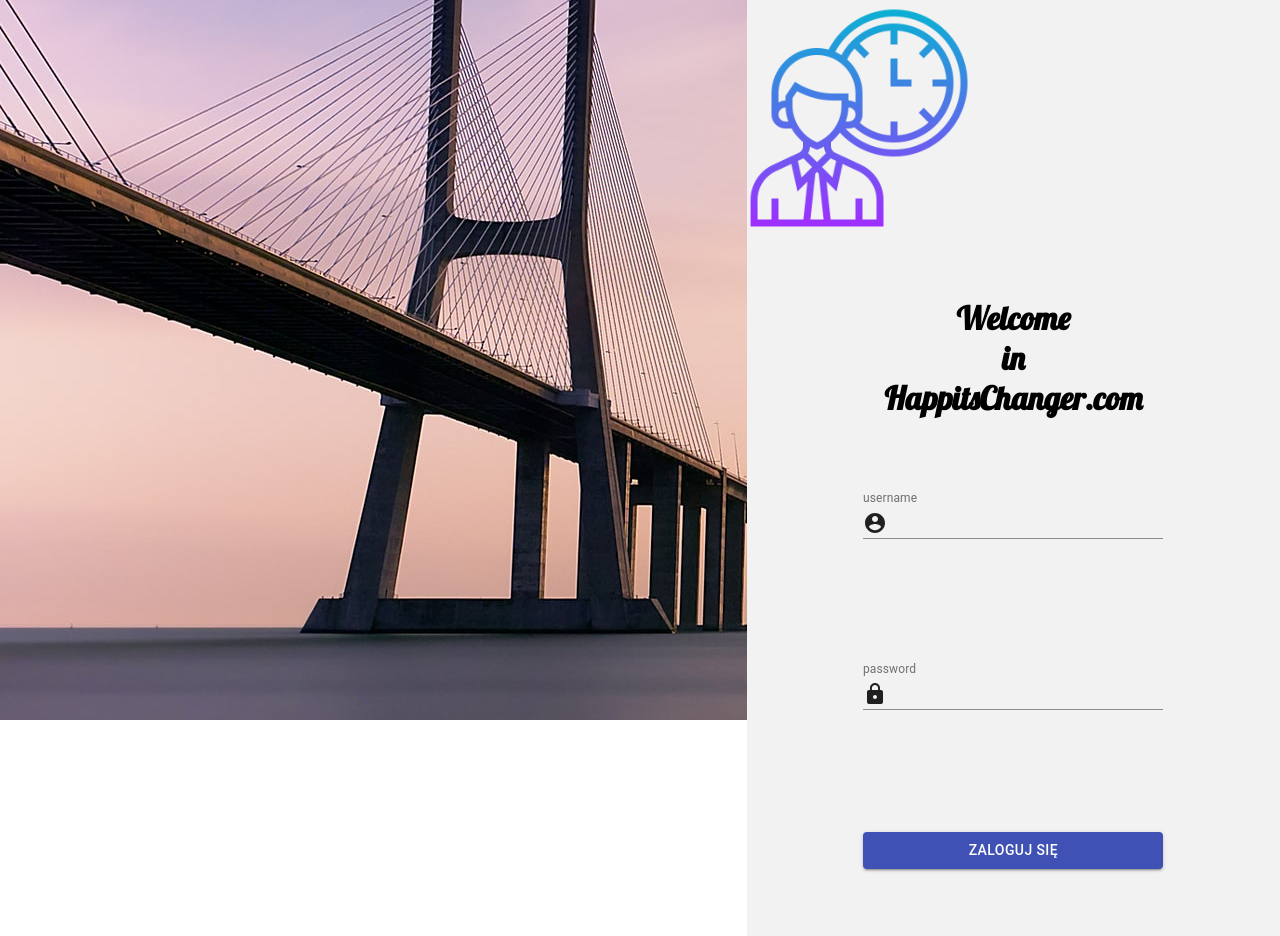
Repository: pgruca96/HappitsChanger
Page: /
These files come from the project's save history. The page is drawn as it stood at one moment and after the next save; the edit follows.
The browser window is 1280 px wide. The pictures show the whole page.
The project was rebuilt for these pictures with package versions that can differ from the ones it lists, and the page was loaded fresh each time. Also part of the build but not shown: src/containers/mainPage/index.js.

Above is the page before, as saved 2020-11-01 21:29:21.

### public/index.html
<!DOCTYPE html>
<html lang="en">

<head>
  <meta charset="utf-8" />
  <link rel="icon" href="%PUBLIC_URL%/favicon.ico" />
  <meta name="viewport" content="width=device-width, initial-scale=1" />
  <meta name="theme-color" content="#000000" />
  <meta name="description" content="Web site created using create-react-app" />
  <link href="https://fonts.googleapis.com/css?family=Lobster" rel="stylesheet" type="text/css">
  <link rel="apple-touch-icon" href="%PUBLIC_URL%/logo192.png" />
  <!--
      manifest.json provides metadata used when your web app is installed on a
      user's mobile device or desktop. See https://developers.google.com/web/fundamentals/web-app-manifest/
    -->
  <link rel="manifest" href="%PUBLIC_URL%/manifest.json" />
  <!--
      Notice the use of %PUBLIC_URL% in the tags above.
      It will be replaced with the URL of the `public` folder during the build.
      Only files inside the `public` folder can be referenced from the HTML.

      Unlike "/favicon.ico" or "favicon.ico", "%PUBLIC_URL%/favicon.ico" will
      work correctly both with client-side routing and a non-root public URL.
      Learn how to configure a non-root public URL by running `npm run build`.
    -->
  <title>React App</title>
</head>

<body>
  <noscript>You need to enable JavaScript to run this app.</noscript>
  <div id="root"></div>
  <!--
      This HTML file is a template.
      If you open it directly in the browser, you will see an empty page.

      You can add webfonts, meta tags, or analytics to this file.
      The build step will place the bundled scripts into the <body> tag.

      To begin the development, run `npm start` or `yarn start`.
      To create a production bundle, use `npm run build` or `yarn build`.
    -->
</body>

</html>

### src/App.js
import "./App.css";
import { BrowserRouter as Router, Route } from "react-router-dom";
import LoginPage from "./containers/loginPage";
import MainPage from "./containers/mainPage";

const App = () => {
  return (
    <div className="app">
      <Router>
        <Route path="/" exact component={LoginPage} />
        <Route path="/main" exact component={MainPage} />
      </Router>
    </div>
  );
};

export default App;

### src/App.css
*,
*::before,
*::after {
  margin: 0;
  padding: 0;
  box-sizing: border-box;
}

.app {
  min-width: 100vw;
  min-height: 100vh;
}

### src/containers/loginPage/index.js
import React from "react";
import { LoginPageContainer } from "../../styles/LoginPage";
import LoginForm from "../../components/form/index";
import { loginTheme } from "../../styles/colors";
import { Grid, Box } from "@material-ui/core";
import { Header } from "../../styles/h2";
import Logo from "../../components/logo";
import srcLogo from "../../assets/punctuality2.png";

const LoginPage = () => {
  return (
    <LoginPageContainer>
      <Grid container justify="flex-end">
        <Grid container item md={5}>
          <Grid item xs={12}>
            <Box
              bgcolor={loginTheme}
              height={1}
              display="flex"
              flexDirection="column"
              justifyContent="space-around"
              // alignItems="space-around"
            >
              <Box height={0.3}>
                <Logo src={srcLogo} />
              </Box>
              <Header>
                Welcome
                <br /> in <br />
                HappitsChanger.com
              </Header>
              <LoginForm />
            </Box>
          </Grid>
        </Grid>
      </Grid>
    </LoginPageContainer>
  );
};

export default LoginPage;

### src/styles/LoginPage.js
import styled from "styled-components";
import background from "../assets/login-background.jpg";

export const LoginPageContainer = styled.div`
  display: flex;
  justify-content: flex-end;
  background: url(${background}) left;
  width: 100vw;
  height: 100vh;
`;

### src/components/form/index.js
import React from "react";
import TextField from "@material-ui/core/TextField";
import InputAdornment from "@material-ui/core/InputAdornment";
import AccountCircle from "@material-ui/icons/AccountCircle";
import LockIcon from "@material-ui/icons/Lock";
import Button from "@material-ui/core/Button";
import { useStyles } from "../../styles/Form";

const LoginForm = () => {
  const { form } = useStyles();
  return (
    <form className={form}>
      <TextField
        id="username"
        label="username"
        placement="top"
        InputProps={{
          startAdornment: (
            <InputAdornment position="start">
              <AccountCircle />
            </InputAdornment>
          ),
        }}
      />
      <TextField
        id="password"
        label="password"
        InputProps={{
          startAdornment: (
            <InputAdornment position="start">
              <LockIcon />
            </InputAdornment>
          ),
        }}
      />
      <Button variant="contained" color="primary">
        Zaloguj się
      </Button>
    </form>
  );
};

export default LoginForm;

### src/styles/colors.js
export const loginTheme = "#f2f2f2";
export const primaryTheme = "##1a1a1a";
export const secondaryTheme = "";

### src/styles/h2.js
import styled from "styled-components";

export const Header = styled.h2`
  font-family: Lobster, open-sans;
  font-size: 2rem;
  text-align: center;
`;

### src/components/logo.js
import React from "react";

import styled from "styled-components";

const Logo = ({ src }) => {
  const Img = styled.img`
    height: 80%;
    color: white;
  `;
  return <Img src={src} alt="logo" />;
};

export default Logo;

### src/styles/Form.js
import { makeStyles } from "@material-ui/core/styles";

export const ColumnCenter = {
  display: "flex",
  flexDirection: "column",
  justifyContent: "center",
  alignItems: "center",
};

export const useStyles = makeStyles(() => ({
  form: {
    width: "40%",
    minWidth: "300px",
    height: "60%",
    minHeight: "300px",
    maxHeight: "500px",
    display: "flex",
    flexDirection: "column",
    justifyContent: "space-around",
    alignItems: "stretch",
    marginLeft: "auto",
    marginRight: "auto",
  },
}));

Loaded but not shown: src/index.js (common file); src/index.css (common file); src/reportWebVitals.js (common file)

After the next save:
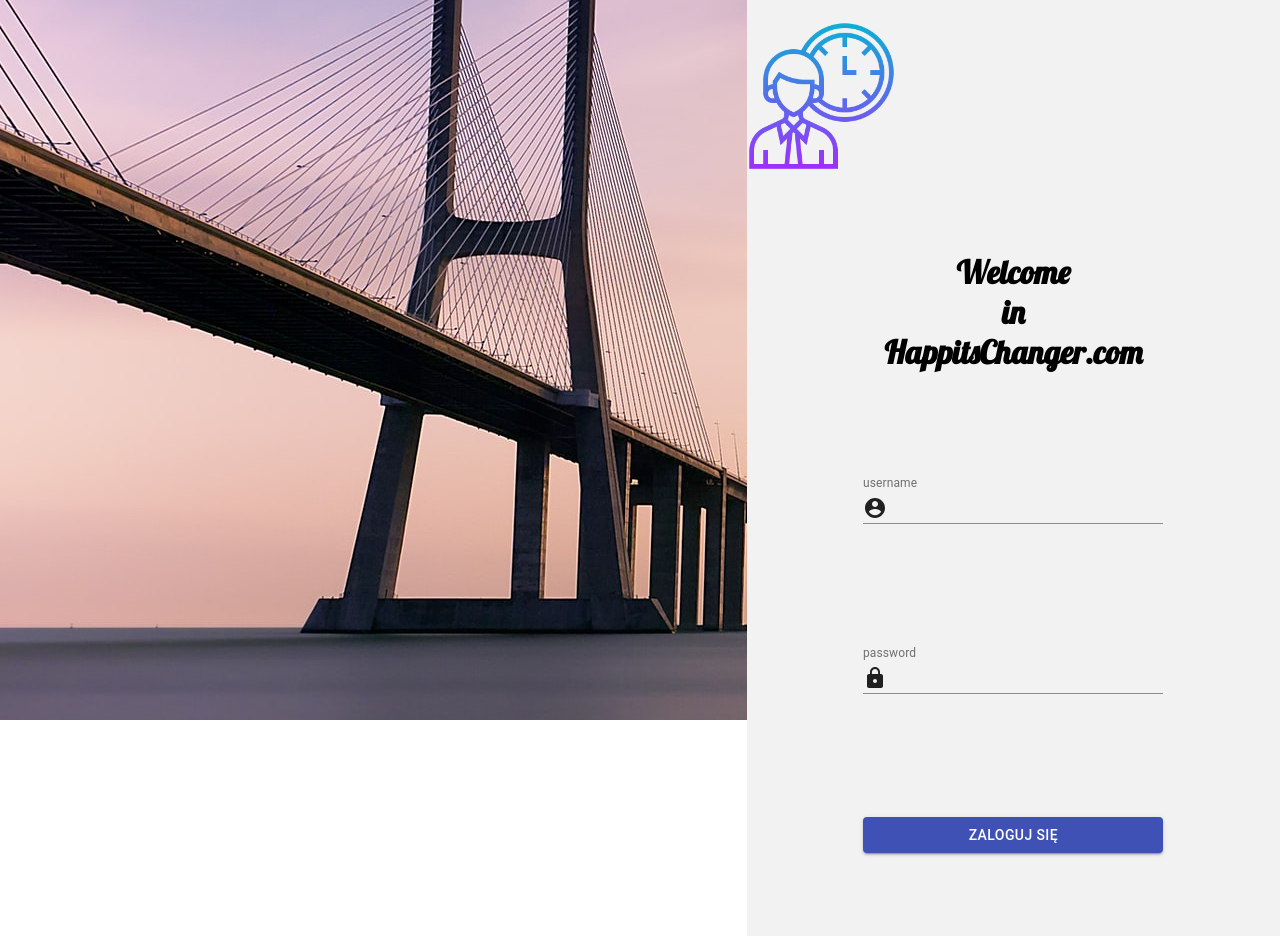
Saved 72 s later.
--- a/src/containers/loginPage/index.js
+++ b/src/containers/loginPage/index.js
@@ -21,7 +21,7 @@
               justifyContent="space-around"
               // alignItems="space-around"
             >
-              <Box height={0.3}>
+              <Box height={0.2}>
                 <Logo src={srcLogo} />
               </Box>
               <Header>
